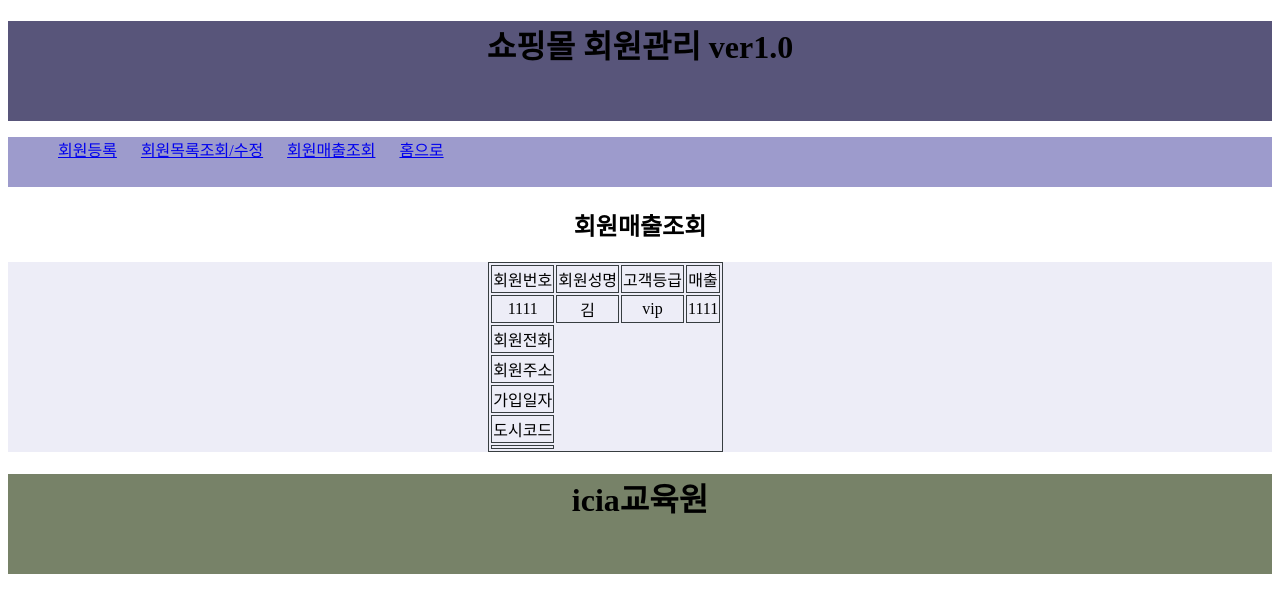
Repository: Kim-seongjun/javastudy2
Page: http://localhost/back_end_test/membersales
An editor plug-in stored every save of this project. The page is shown before and after the next save, followed by the edit.
The browser window is 1280 px wide. The pictures show the whole page.
The page is served by Tomcat 9.

Above is the page before, as saved 2020-01-22 06:05:56.

After the next save:
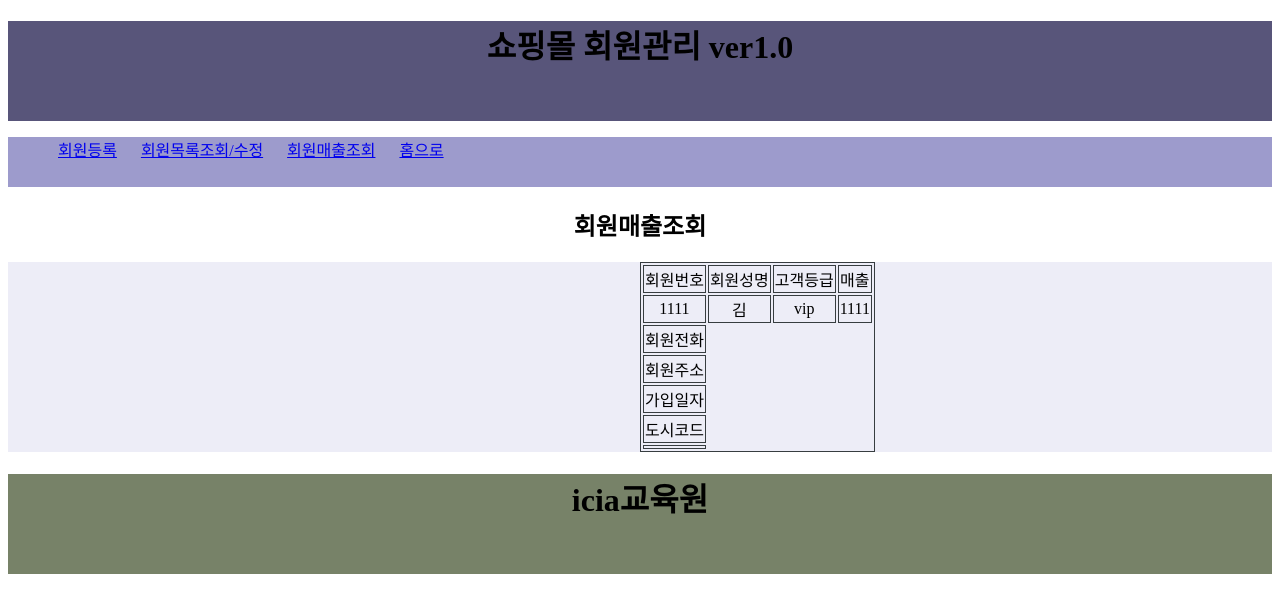
Saved 7 s later.
--- a/back_end_test/WebContent/membersales.jsp
+++ b/back_end_test/WebContent/membersales.jsp
@@ -23,7 +23,7 @@
 table {
 	border: 1px solid #373D40;
 	text-align: center;
-	margin-left: 38%;
+	margin-left: 50%;
 }
 
 tr td {
